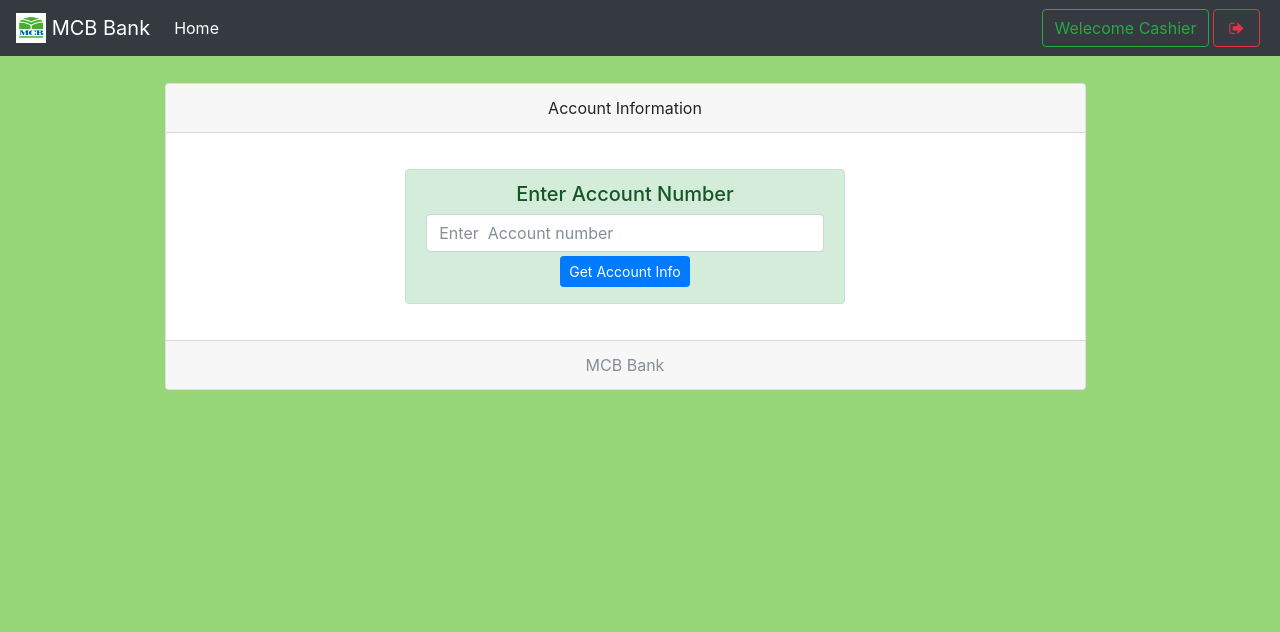
Repository: mhbshimla/my-bank
Page: http://localhost/cindex.php
An editor plug-in stored every save of this project. The page is shown before and after the next save, followed by the edit.
The browser window is 1280 px wide. The pictures show the whole page.
The page is run by PHP 8.4 with error messages shown; the project is at /var/www/html/. The session is filled in as if someone had signed in: {"userId": 2, "user": {"id": 2, "email": "some2@gmail.com", "name": "Ali khan", "balance": 56000, "nid": "3210375555343", "number": "03356910260", "city": "Islamabad", "address": "Some where in isb", "source": "Programmer", "accountNo": 10054777, "branch": 1, "accountType": "Saving", "date": "2017-12-14 04:50:06"}, "cashId": 2, "managerId": 2}. The database holds what the project's SQL file puts in it.

Above is the page before, as saved 2025-10-20 20:57:02.

After the next save:
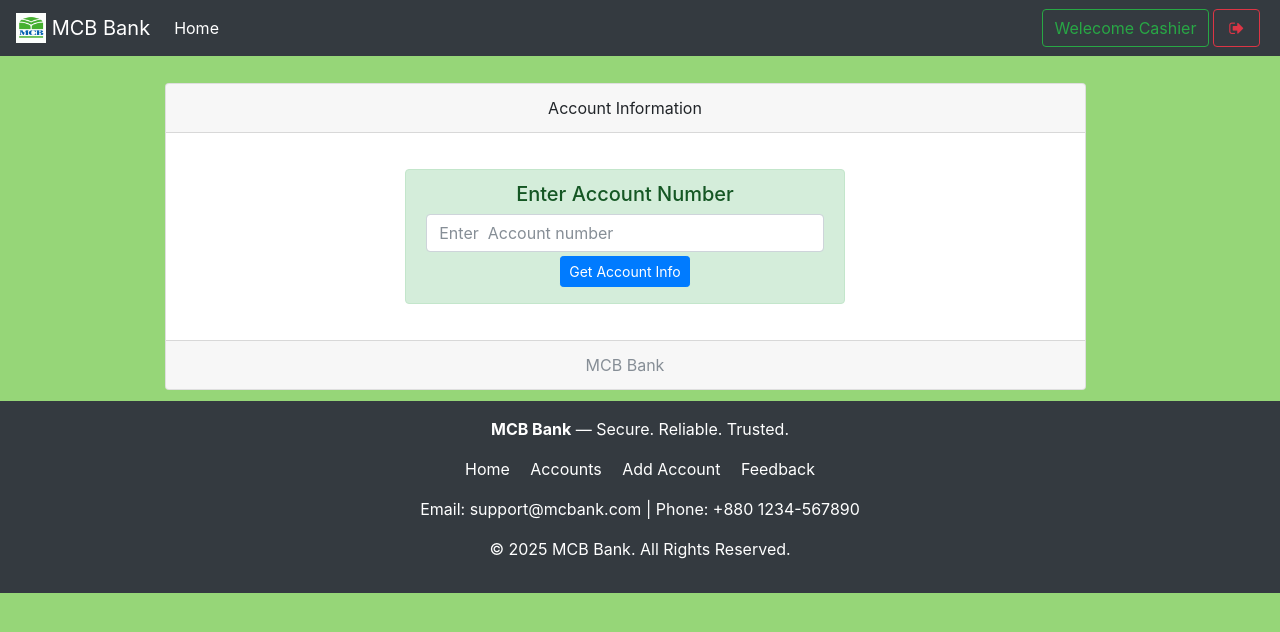
Saved 7 min 15 s later.
--- a/cindex.php
+++ b/cindex.php
@@ -149,8 +149,20 @@
     <?php echo bankName; ?>
   </div>
 </div>
+</div>
+</div>
+<footer class="bg-dark text-white text-center py-3">
+  <div class="container">
+    <p><strong>MCB Bank</strong> — Secure. Reliable. Trusted.</p>
+    <p>
+      <a href="mindex.php" class="text-white mx-2">Home</a>
+      <a href="maccounts.php" class="text-white mx-2">Accounts</a>
+      <a href="maddnew.php" class="text-white mx-2">Add Account</a>
+      <a href="mfeedback.php" class="text-white mx-2">Feedback</a>
+    </p>
+    <p>Email: support@mcbank.com | Phone: +880 1234-567890</p>
+    <p>&copy; <?php echo date("Y"); ?> MCB Bank. All Rights Reserved.</p>
   </div>
-
-</div>
+</footer>
 </body>
 </html>
